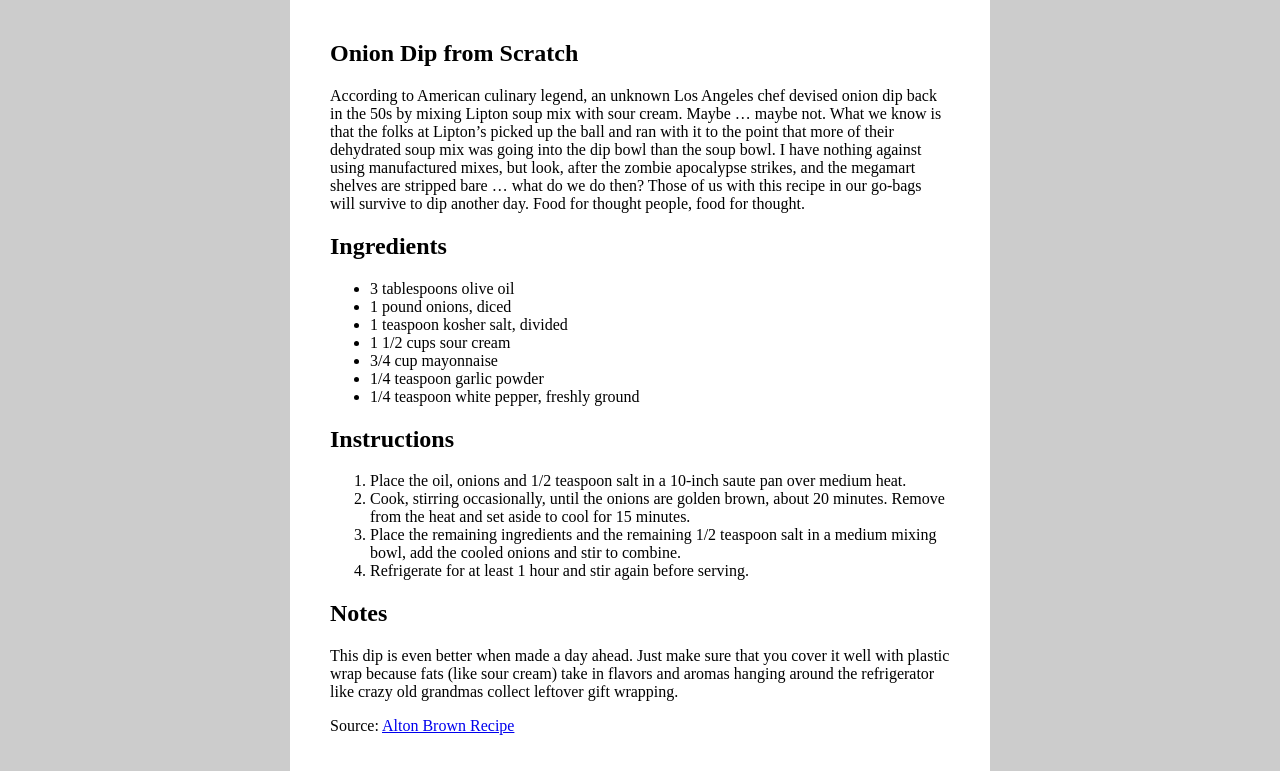
Repository: coltoncherry/mi349fs15
Page: week3/index.html
The author's editor kept a copy of each file at every save. The page is drawn from the files as they stood at one save, then again after the next save.
The browser window is 1280 px wide. The pictures show the whole page.

Above is the page before, as saved 2015-09-23 01:05:25.

### week3/index.html
<!DOCTYPE HTML>
<html>
    <head>
        <meta charset="UTF-8">
        <title>French Onion Dip</title>
        <link rel="stylesheet" type="text/css" href="css/style.css" media="screen"/>
    </head>
    <body>
    	<div class="container">
    	<article class="recipe" id="ab-onion-dip">
        <h1>Onion Dip from Scratch</h1>

        <!--<p><img src="images/alton-brown-onion-dip.jpg" alt="AB Onion Dip"/></p> -->

        <p>According to American culinary legend, an unknown Los Angeles chef devised onion dip back in the 50s by mixing Lipton soup mix with sour cream.  Maybe … maybe not. What we know is that the folks at Lipton’s picked up the ball and ran with it to the point that more of their dehydrated soup mix was going into the dip bowl than the soup bowl.  I have nothing against using manufactured mixes, but look, after the zombie apocalypse strikes, and the megamart shelves are stripped bare … what do we do then?  Those of us with this recipe in our go-bags will survive to dip another day.  Food for thought people, food for thought.</p>

    <h2>Ingredients</h2>
    <ul>
    	<li>3 tablespoons olive oil</li>
    	<li>1 pound onions, diced</li>
    	<li>1 teaspoon kosher salt, divided</li>
    	<li>1 1/2 cups sour cream</li>
    	<li>3/4 cup mayonnaise</li>
		<li>1/4 teaspoon garlic powder</li>
		<li>1/4 teaspoon white pepper, freshly ground</li>
	</ul>


	<h2>Instructions</h2>

	<ol>
		<li>Place the oil, onions and 1/2 teaspoon salt in a 10-inch saute pan over medium heat.</li>
		<li>Cook, stirring occasionally, until the onions are golden brown, about 20 minutes. Remove from the heat and set aside to cool for 15 minutes.</li>
		<li>Place the remaining ingredients and the remaining 1/2 teaspoon salt in a medium mixing bowl, add the cooled onions and stir to combine.</li>
		<li>Refrigerate for at least 1 hour and stir again before serving.</li>
	</ol>

	<h2>Notes</h2>

	<p>This dip is even better when made a day ahead. Just make sure that you cover it well with plastic wrap because fats (like sour cream) take in flavors and aromas hanging around the refrigerator like crazy old grandmas collect leftover gift wrapping.</p>

	<p>Source: <a href="http://altonbrown.com/onion-dip-recipe-from-scratch/">Alton Brown Recipe</a></p>
    	</article>
    	</div>
        </body>
</html>

### week3/css/style.css
body {
	background: #ccc;
	margin: 0;
}

.container{
	margin: 0 auto;
	width: 700px;
	background: #fff;
}


.recipe{
	padding: 20px 40px;
}

After the next save:
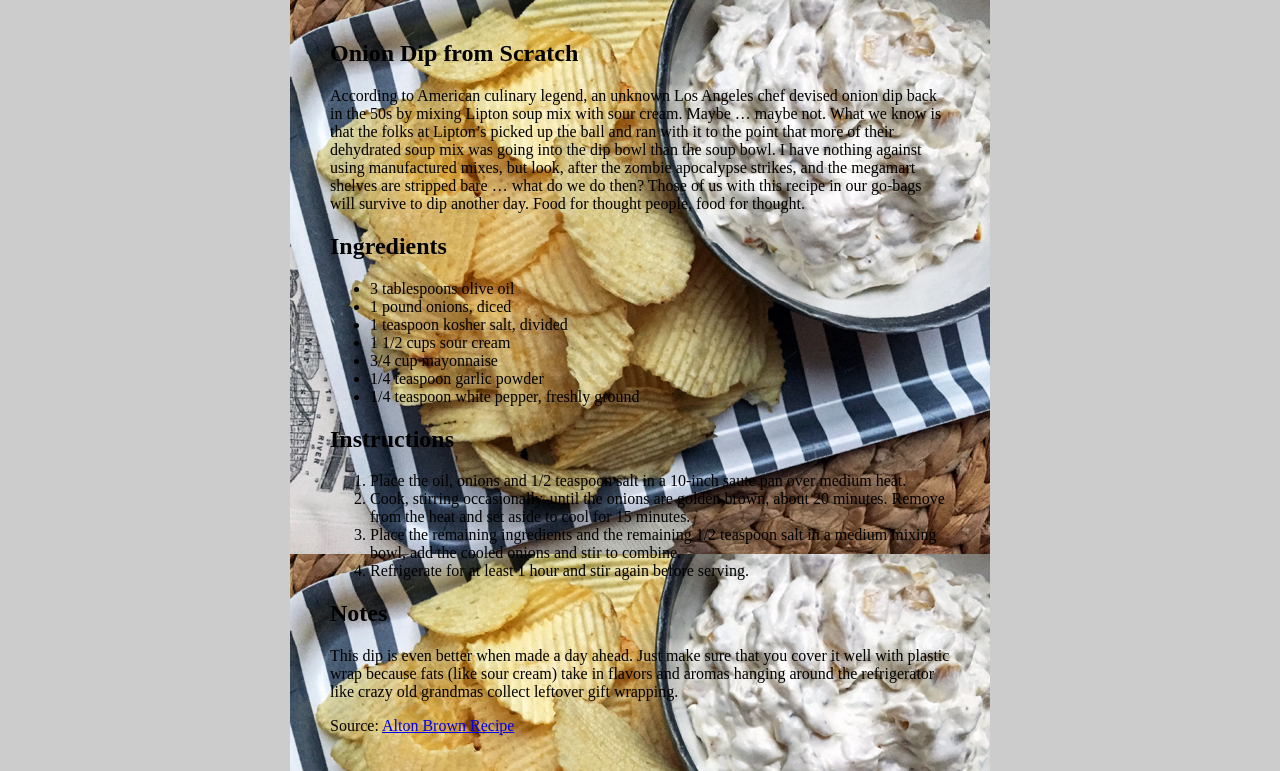
Saved 8 min 20 s later.
--- a/week3/css/style.css
+++ b/week3/css/style.css
@@ -6,7 +6,7 @@ body {
 .container{
 	margin: 0 auto;
 	width: 700px;
-	background: #fff;
+	background: #fff url(images/alton-brown-onion-dip.jpg);
 }
 
 
